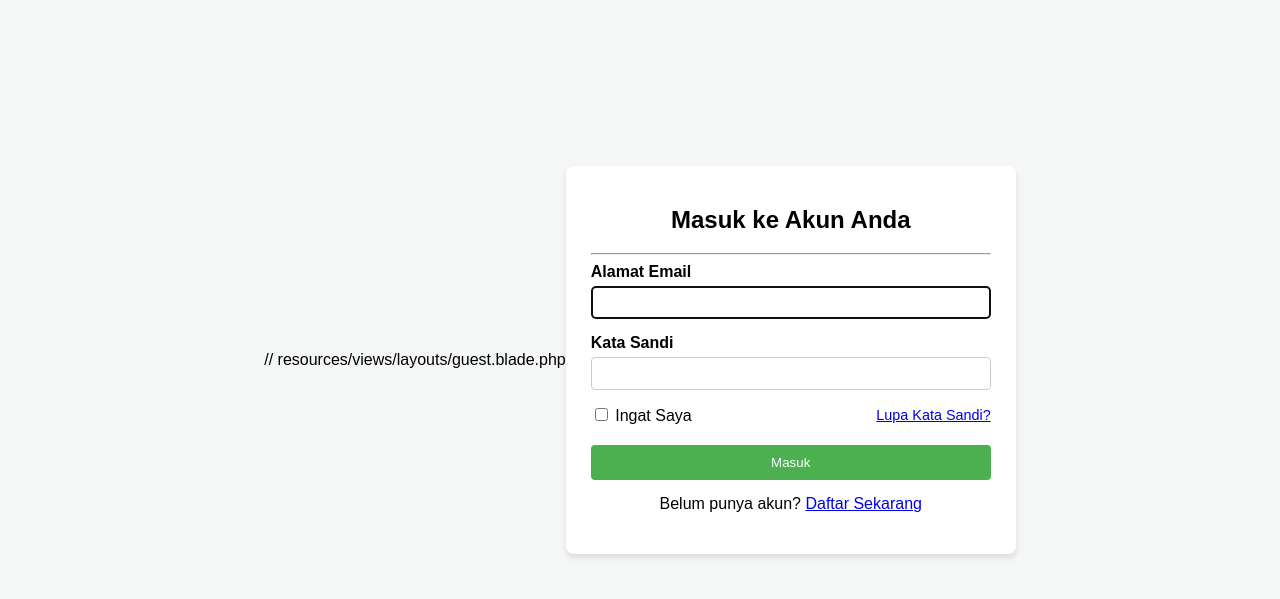
Repository: haritswijaya95/crud-laravel
Page: http://localhost/login
An editor plug-in stored every save of this project. The page is shown before and after the next save, followed by the edit.
The browser window is 1280 px wide. The pictures show the whole page.
The page is served by the project's Laravel application, run on PHP 8.4 with Laravel 12. Other server files are loaded and not shown.

Above is the page before, as saved 2026-01-19 23:06:51.

### app/Providers/AppServiceProvider.php
<?php

namespace App\Providers;

use Illuminate\Support\ServiceProvider;

class AppServiceProvider extends ServiceProvider
{


// app/Providers/RouteServiceProvider.php

    public const HOME = '/produk'; // Ubah dari /dashboard ke /produk
    /**
     * Register any application services.
     */
    public function register(): void
    {
        //
    }

    /**
     * Bootstrap any application services.
     */
    public function boot(): void
    {
        //


    }
}

### routes/web.php
<?php

use Illuminate\Support\Facades\Route;
use App\Http\Controllers\ProdukController;
use App\Http\Controllers\UserController;
use App\Http\Controllers\IndexController;
use App\Http\Controllers\Auth\AuthenticatedSessionController;
use App\Http\Controllers\Auth\RegisteredUserController;
use App\Http\Controllers\Auth\PasswordResetLinkController;
use App\Http\Controllers\Auth\NewPasswordController;

/*
|--------------------------------------------------------------------------
| Public Routes
|--------------------------------------------------------------------------
*/
Route::get('/', function () {
    return view('pages.welcome');
});

/*
|--------------------------------------------------------------------------
| Guest Routes (Hanya bisa diakses jika BELUM login)
|--------------------------------------------------------------------------
*/
Route::middleware('guest')->group(function () {
    // Login
    Route::get('/login', function () { return view('auth.login'); })->name('login');
    Route::post('/login', [AuthenticatedSessionController::class, 'store']);

    // Register
    Route::get('/register', function () { return view('auth.register'); })->name('register');
    Route::post('/register', [RegisteredUserController::class, 'store']);

    // Forgot Password
    Route::get('/forgot-password', function () { return view('auth.forgot-password'); })->name('password.request');
    Route::post('/forgot-password', [PasswordResetLinkController::class, 'store'])->name('password.email');

    // Reset Password
    Route::get('/reset-password/{token}', function ($token) {
        return view('auth.reset-password', ['token' => $token]);
    })->name('password.reset');
    Route::post('/reset-password', [NewPasswordController::class, 'store'])->name('password.update');
});

/*
|--------------------------------------------------------------------------
| Authenticated Routes (Hanya bisa diakses jika SUDAH login)
|--------------------------------------------------------------------------
*/
Route::middleware(['auth', 'verified'])->group(function () {

    // Dashboard
    Route::get('/dashboard', function () {
        return view('pages.dashboard');
    })->name('dashboard');

    // CRUD Produk - Menggunakan Resource agar lebih bersih
    // Ini otomatis mencakup index, create, store, edit, update, destroy, show
    Route::resource('produk', ProdukController::class);

    // Logout
    Route::post('logout', [AuthenticatedSessionController::class, 'destroy'])->name('logout');

    // User Management
    Route::get('/users', [UserController::class, 'index'])->name('users.index');
    Route::resource('index', IndexController::class);
});

### resources/views/auth/login.blade.php
@extends('layouts.guest')

@section('title', 'Masuk ke Akun Anda')

@section('content')
    {{-- Menampilkan Status (misal setelah reset password) --}}
    @if (session('status'))
        <div style="color: green; margin-bottom: 15px; font-weight: bold;">
            {{ session('status') }}
        </div>
    @endif

    <form method="POST" action="{{ route('login') }}">
        @csrf

        <div class="form-group" style="margin-bottom: 15px;">
            <label for="email" style="display: block;">Alamat Email</label>
            <input id="email" type="email" name="email" value="{{ old('email') }}" required autofocus style="width: 100%; padding: 8px;">
            @error('email')
                <span class="error-message" style="color: red; font-size: 0.8em;">{{ $message }}</span>
            @enderror
        </div>

        <div class="form-group" style="margin-bottom: 15px;">
            <label for="password" style="display: block;">Kata Sandi</label>
            <input id="password" type="password" name="password" required autocomplete="current-password" style="width: 100%; padding: 8px;">
            @error('password')
                <span class="error-message" style="color: red; font-size: 0.8em;">{{ $message }}</span>
            @enderror
        </div>

        <div class="form-group" style="display: flex; justify-content: space-between; align-items: center; margin-bottom: 20px;">
            <div>
                <input type="checkbox" name="remember" id="remember">
                <label for="remember" style="display: inline; font-weight: normal;">Ingat Saya</label>
            </div>

            @if (Route::has('password.request'))
                <a href="{{ route('password.request') }}" style="font-size: 0.9em;">
                    Lupa Kata Sandi?
                </a>
            @endif
        </div>

        <button type="submit" class="btn-primary" style="width: 100%; padding: 10px; cursor: pointer;">
            Masuk
        </button>

        <p class="text-center" style="margin-top: 15px; text-align: center;">
            Belum punya akun? <a href="{{ route('register') }}">Daftar Sekarang</a>
        </p>
    </form>
@endsection

### resources/views/layouts/guest.blade.php
// resources/views/layouts/guest.blade.php

<!DOCTYPE html>
<html lang="{{ str_replace('_', '-', app()->getLocale()) }}">
<head>
    <meta charset="utf-8">
    <meta name="viewport" content="width=device-width, initial-scale=1">
    <title>{{ config('app.name', 'Laravel') }} | @yield('title')</title>

    <style>
        body { font-family: sans-serif; background-color: #f4f7f6; display: flex; justify-content: center; align-items: center; min-height: 100vh; margin: 0; }
        .auth-container { background: white; padding: 25px; border-radius: 8px; box-shadow: 0 4px 6px rgba(0, 0, 0, 0.1); width: 100%; max-width: 400px; }
        .form-group { margin-bottom: 15px; }
        .form-group label { display: block; margin-bottom: 5px; font-weight: bold; }
        .form-group input[type="email"], .form-group input[type="password"], .form-group input[type="text"] { width: 100%; padding: 10px; border: 1px solid #ccc; border-radius: 4px; box-sizing: border-box; }
        .btn-primary { background-color: #4CAF50; color: white; padding: 10px 15px; border: none; border-radius: 4px; cursor: pointer; width: 100%; }
        .text-center { text-align: center; margin-top: 15px; }
        .error-message { color: red; font-size: 0.9em; margin-top: 5px; }
    </style>
</head>
<body>
    <div class="auth-container">
        <h2 class="text-center">@yield('title')</h2>
        <hr>
        @yield('content')
    </div>
</body>
</html>

After the next save:
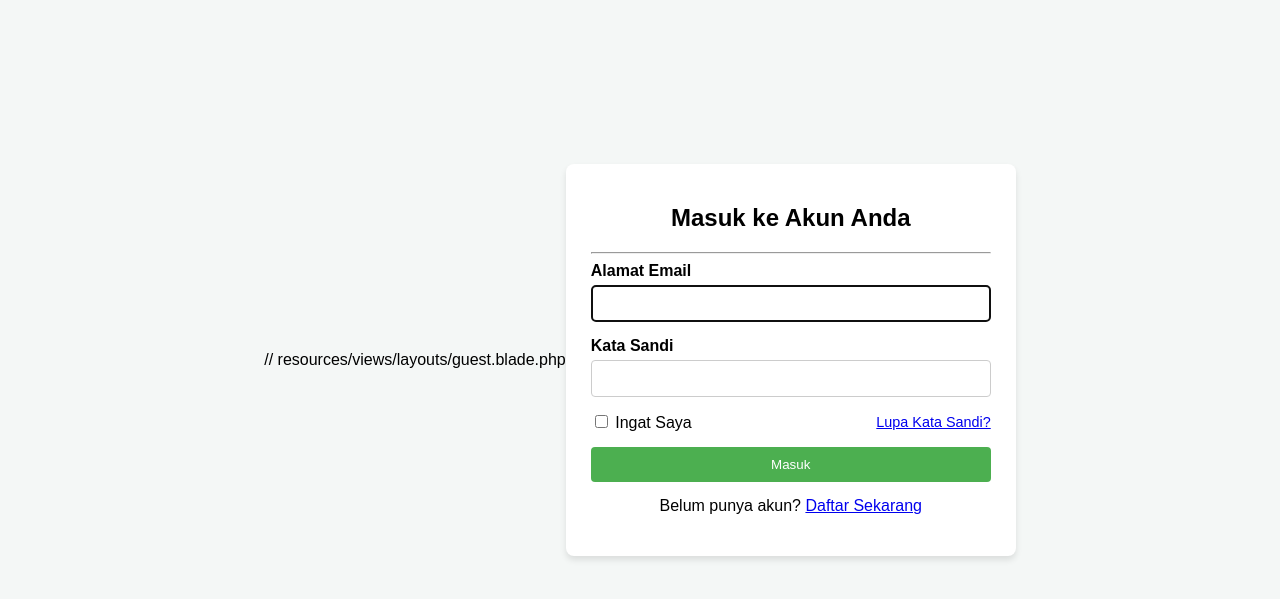
Saved 50 s later.
--- a/resources/views/auth/login.blade.php
+++ b/resources/views/auth/login.blade.php
@@ -3,9 +3,8 @@
 @section('title', 'Masuk ke Akun Anda')
 
 @section('content')
-    {{-- Menampilkan Status (misal setelah reset password) --}}
     @if (session('status'))
-        <div style="color: green; margin-bottom: 15px; font-weight: bold;">
+        <div style="color: green; margin-bottom: 15px;">
             {{ session('status') }}
         </div>
     @endif
@@ -13,23 +12,23 @@
     <form method="POST" action="{{ route('login') }}">
         @csrf
 
-        <div class="form-group" style="margin-bottom: 15px;">
-            <label for="email" style="display: block;">Alamat Email</label>
-            <input id="email" type="email" name="email" value="{{ old('email') }}" required autofocus style="width: 100%; padding: 8px;">
+        <div class="form-group">
+            <label for="email">Alamat Email</label>
+            <input id="email" type="email" name="email" value="{{ old('email') }}" required autofocus>
             @error('email')
-                <span class="error-message" style="color: red; font-size: 0.8em;">{{ $message }}</span>
+                <span class="error-message">{{ $message }}</span>
             @enderror
         </div>
 
-        <div class="form-group" style="margin-bottom: 15px;">
-            <label for="password" style="display: block;">Kata Sandi</label>
-            <input id="password" type="password" name="password" required autocomplete="current-password" style="width: 100%; padding: 8px;">
+        <div class="form-group">
+            <label for="password">Kata Sandi</label>
+            <input id="password" type="password" name="password" required autocomplete="current-password">
             @error('password')
-                <span class="error-message" style="color: red; font-size: 0.8em;">{{ $message }}</span>
+                <span class="error-message">{{ $message }}</span>
             @enderror
         </div>
 
-        <div class="form-group" style="display: flex; justify-content: space-between; align-items: center; margin-bottom: 20px;">
+        <div class="form-group" style="display: flex; justify-content: space-between; align-items: center;">
             <div>
                 <input type="checkbox" name="remember" id="remember">
                 <label for="remember" style="display: inline; font-weight: normal;">Ingat Saya</label>
@@ -42,11 +41,11 @@
             @endif
         </div>
 
-        <button type="submit" class="btn-primary" style="width: 100%; padding: 10px; cursor: pointer;">
+        <button type="submit" class="btn-primary">
             Masuk
         </button>
 
-        <p class="text-center" style="margin-top: 15px; text-align: center;">
+        <p class="text-center">
             Belum punya akun? <a href="{{ route('register') }}">Daftar Sekarang</a>
         </p>
     </form>
